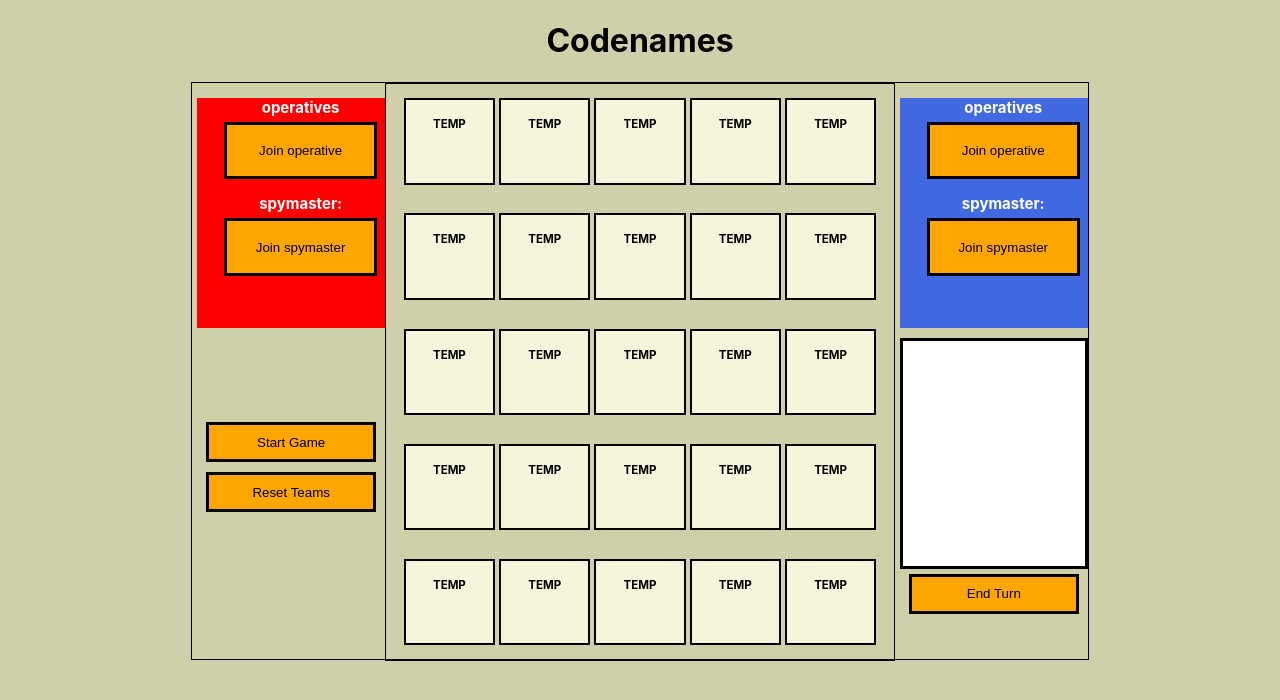
Repository: alcarrizo/Codenames-Fullstack
Page: / (app in client/)
These files come from the project's save history. The page is drawn as it stood at one moment and after the next save; the edit follows.
The browser window is 1280 px wide. The pictures show the whole page.
The project was rebuilt for these pictures with package versions that can differ from the ones it lists, and the page was loaded fresh each time. Imported but missing from the stored project, and not drawn on this page: client/src/reportWebVitals.

Above is the page before, as saved 2023-01-09 21:05:57.

### client/src/index.js
import React from 'react';
import ReactDOM from 'react-dom/client';
import './index.css';
import App from './App';
import reportWebVitals from './reportWebVitals';
import './css/styles.css'


const root = ReactDOM.createRoot(document.getElementById('root'));
root.render(
  <React.StrictMode>
    <App />
  </React.StrictMode>
);

// If you want to start measuring performance in your app, pass a function
// to log results (for example: reportWebVitals(console.log))
// or send to an analytics endpoint. Learn more: https://bit.ly/CRA-vitals
reportWebVitals();

### client/src/App.js
import logo from './logo.svg';
import './App.css';
import { useState, useEffect } from 'react';

const Wrapper = ({ cards }) => {
  return (
    <div className='wrapper'>
      <PlayerSide className="red" />
      <Board cards={cards} />
      <PlayerSide className="blue" />
      <div className='win-screen hide' id='win-screen'></div>
    </div>
  )
}

const Card = ({ card, className }) => {

  className = card.clicked ? className + card.team : className
  return (
    <div className={className}>
      {card.word === null ? 'temp' : card.word}
    </div>
  )
}
const PlayerSide = ({ className }) => {
  if (className === 'red') {
    return (
      <div className={className + "Side"}>
        <PlayerInfo className={className} />
        <div className='menu'>
          <Btn className='menuBtn' id="startBtn" name="Start Game" />
          <Btn className='menuBtn' id="resetBtn" name="Reset Teams" />
        </div>
      </div>
    )
  }
  else {
    return (
      <div className={className + "Side"}>
        <PlayerInfo className={className} />
        <div className='clue-log'></div>
        <Btn className='menuBtn' id="endTurn" name="End Turn" />
      </div>
    )
  }
}
const PlayerInfo = ({ className }) => {
  return (
    <div className={className + "Team"}>
      <p>operatives </p>
      <p id={className + '-operative-players'}></p>
      <Btn className="join-button" id={className + '-join-operative'} name="Join operative" />
      <p>spymaster: </p>
      <p id={className + '-spymaster-players'}></p>
      <Btn className="join-button" id={className + '-join-spymaster'} name="Join spymaster" />
      <p id={className + '-remaining-cards'}></p>
    </div>
  )

}

const Btn = (props) => {
  return (
    <button id={props.id} className={props.className}>{props.name}</button>
  )
}

const Board = ({ cards }) => {

  return (
    <div className='gameBoard'>
      {
        cards.map((card, id) =>
          <Card
            key={id}
            className="card"
            card={card} />
        )
      }

    </div>
  )
}

const App = () => {

  const [cards, setCards] = useState(Array(25).fill({
    word: null,
    team: null,
    clicked: false
  }))


  return (
    <div className="App">
      <h1>Codenames</h1>

      <Wrapper cards={cards} />
      <div className='clue-area hide' id='clue-area'>
        <input className='clue-text' id='clue-text' type="text" />
        <div className="rangeDiv" id="rangeDiv">
          <input className="clue-range" id='clueRange' type="range" autoComplete='off' min="0" max="10" defaultValue="0" />
          <h3 className="range-number" id="rangeNumber">0</h3>
        </div>
        <Btn className="clue-submit" id="clue-submit" name="Give Clue" />
      </div>

    </div>
  );
}

export default App;

### client/src/css/styles.css
body {
    background-color: #cfcfaa;
}

body.red {
    background-color: #b44c2b;
}

body.blue {
    background-color: #4799b7;
}

.wrapper {
    position: relative;
    border: 0.05rem solid black;
    width: 70%;
    height: 80vh;
    display: flex;
    background: none;
    margin: 0 auto;

}

.gameBoard {
    display: flex;
    flex-wrap: wrap;
    justify-content: center;
    text-align: center;
    width: 35rem;
    height: 100%;
    /*   width: 500px;
    height: 500px; */
    /*width: 15rem;
    height: 15rem;
    */
    border: 0.05rem solid black;
    margin: auto;
}



.card {
    /* background-color: royalblue; */
    background-color: beige;
    box-sizing: border-box;
    /*width: 75px;
    height: 65px;
  */
    /*   width: 5.5rem;
    height: 5rem; */
    width: 18%;
    height: 15%;
    margin: auto 2px;
    border: 2px black solid;
    font-size: .9vw;
    padding-top: 17px;
    text-transform: uppercase;
    font-weight: bold;
    transition: none;
}

.card.blue {
    background-color: royalblue;

}

.card.red {
    background-color: #ff6000;
}

.card.black {
    background-color: black;
    color: white;

}

.card.beige {
    background-color: #b9b979;
}

.card.blue,
.card.red,
.card.black,
.card.beige {
    transition: background-color 1s;
}

.card.blue.picked,
.card.red.picked,
.card.black.picked,
.card.beige.picked {
    transition: opacity 1s;
    opacity: 50%;
}


.redSide,
.blueSide {
    color: white;
    height: 100%;
    width: 13rem;
    font-size: 15px;
    font-weight: bold;
    padding-left: 5px;
    padding-bottom: 10px;
    margin: 0 auto;
}

.blueTeam,
.redTeam {
    height: 40%;
    margin-top: 10px;
    padding-left: 10%;

    box-sizing: border-box;
}

.redTeam {
    background-color: red;

}

.blueTeam {
    background-color: royalblue;

}

.blueSide {
    height: 100%;
}

.join-button {
    display: block;
    width: 90%;
    height: 25%;
    margin: -10px auto 0;
    background-color: orange;
    border: black solid 3px;
}

.join-button.hide {
    display: none;
}

.menuBtn {
    display: block;
    width: 90%;
    height: 40px;
    margin: 0 auto;
    background-color: orange;
    border: black solid 3px;
    margin-bottom: 10px;


}

.menuBtn.hide {
    display: none;
}

.menu {
    display: block;
    width: 100%;
    margin-top: 50%;
}

.clue-log {
    color: black;
    width: 100%;
    height: 40%;
    margin: 10px 0 5px;
    padding-left: 10px;
    background-color: white;
    box-sizing: border-box;
    border: black solid 3px;
    overflow-y: auto;
    line-height: 1.5;
}

.rangeDiv {
    display: inline-block;
    text-align: center;

}

.rangeDiv h3 {
    margin: 0;
    display: inline-block;
}

.clue-area {
    margin: 10px auto 0;
    width: 400px;
    height: 50px;
    margin-bottom: 15px;
}

.clue-area.hide {
    display: none;
}

.clue-submit {
    display: block;
    margin: 10px auto 0;
}

.win-screen {
    box-sizing: border-box;
    position: absolute;
    width: 30%;
    height: 30%;
    background-color: orange;
    top: 35%;
    left: 35%;
    text-align: center;
    font-size: 35px;
    line-height: 170px;
    font-weight: 800;
    border: black solid 3px;

}

.win-screen.hide {
    display: none;
}

Loaded but not shown: client/public/index.html (common file); client/src/index.css (common file); client/src/App.css (common file)

After the next save:
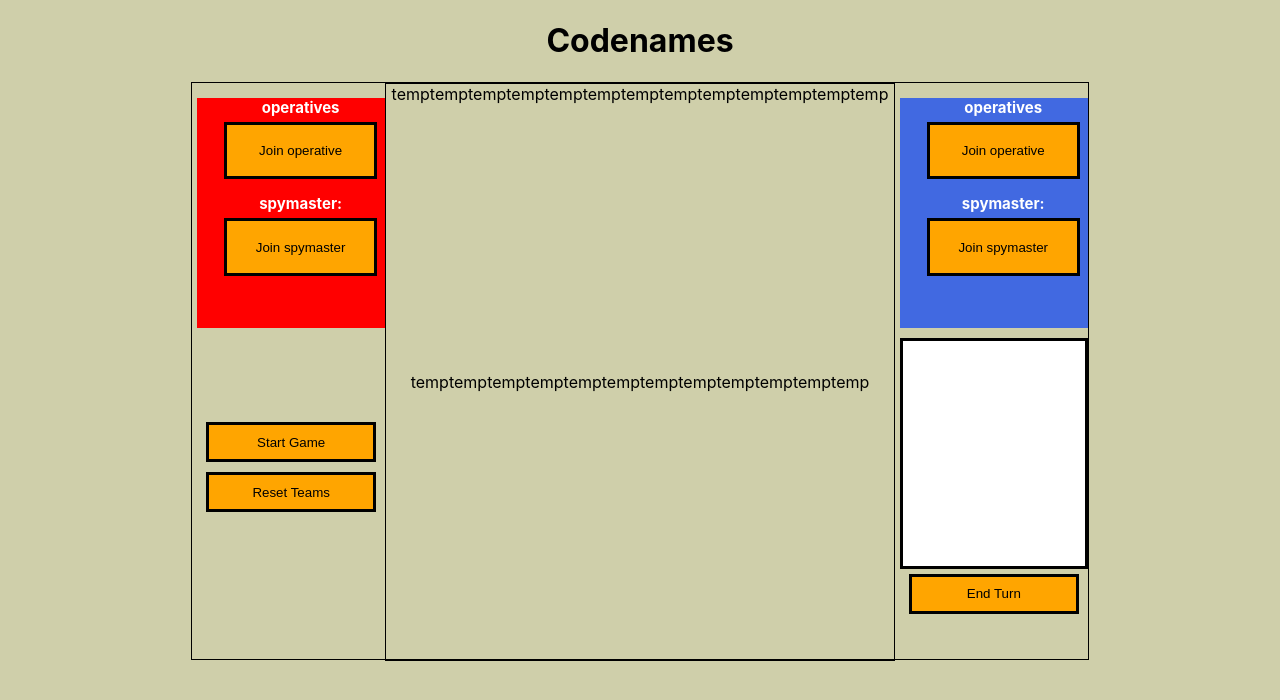
Saved 24 s later.
--- a/client/src/App.js
+++ b/client/src/App.js
@@ -86,8 +86,8 @@
 
   const [cards, setCards] = useState(Array(25).fill({
     word: null,
-    team: null,
-    clicked: false
+    team: 'red',
+    clicked: true
   }))
 
 
